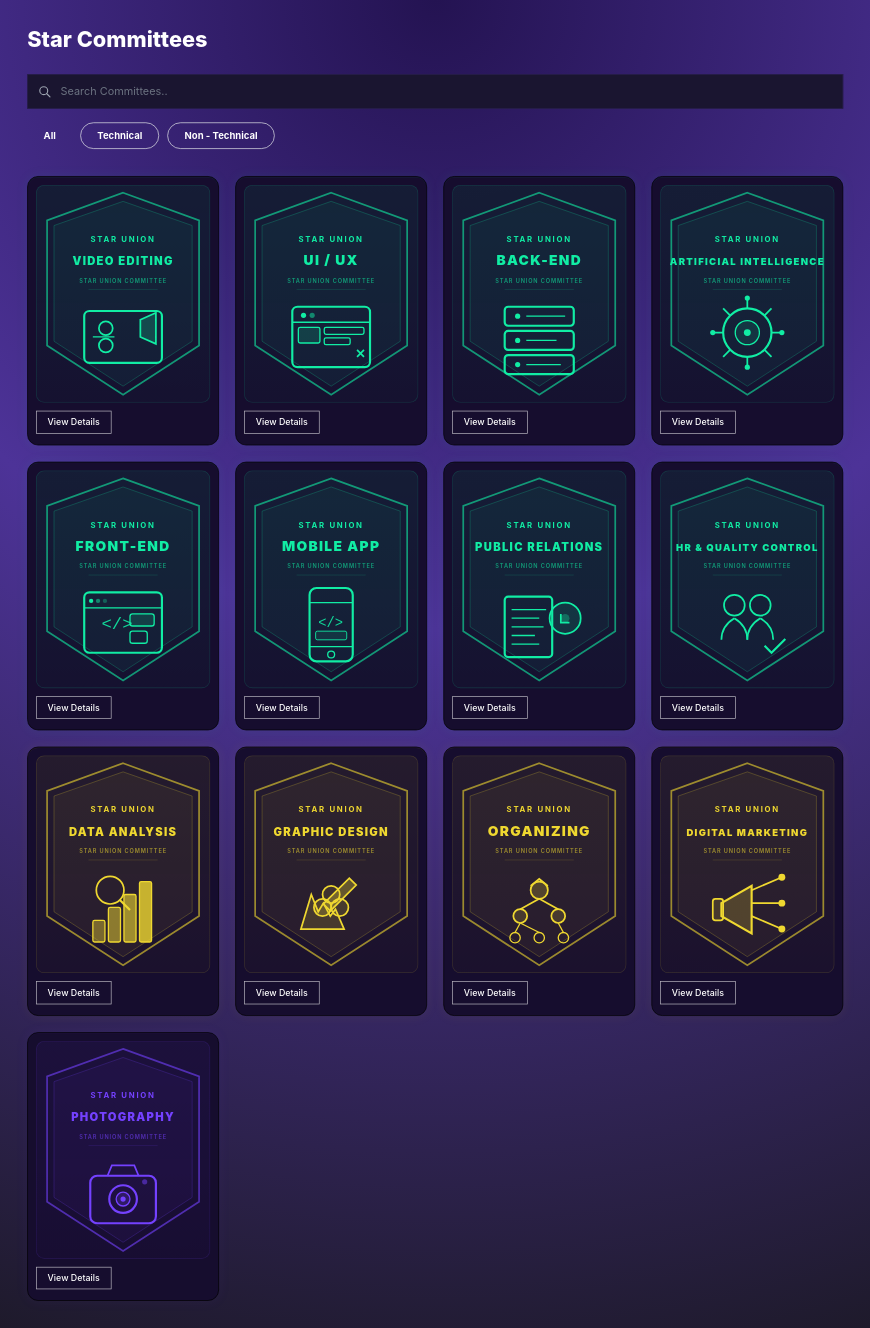
Repository: Frontend-Committee/StarUnion-Website
Page: /committees
The author's editor kept a copy of each file at every save. The page is drawn from the files as they stood at one save, then again after the next save.
The browser window is 1280 px wide. The pictures show the whole page, at 68% of full size.
The project was rebuilt for these pictures with package versions that can differ from the ones it lists, and the page was loaded fresh each time. Also part of the build but not shown: vite.config.js, src/features/committees/pages/CommitteeDetailsPage.jsx, src/components/common/Navbar.jsx, src/components/common/Footer.jsx.

Above is the page before, as saved 2026-02-26 02:48:55.

### index.html
<!doctype html>
<html lang="en">
  <head>
    <meta charset="UTF-8" />
    <meta name="viewport" content="width=device-width, initial-scale=1.0" />
    <title>star-union</title>
  </head>
  <body>
    <div id="root"></div>
    <script type="module" src="/src/main.jsx"></script>
  </body>
</html>

### src/App.jsx
import { BrowserRouter, Route, Routes } from "react-router-dom";
import "./App.css";

import CommitteeDetailsPage from "./features/committees/pages/CommitteeDetailsPage";
import CommitteesPage from "./features/committees/pages/CommitteesPage";
import MainLayout from "./layouts/MainLayout";

function App() {
  return (
    <BrowserRouter>
      <Routes>
        <Route element={<MainLayout />}>
          <Route path="/committees" element={<CommitteesPage />} />
          <Route path="/committees/:slug" element={<CommitteeDetailsPage />} />
          {/* Fallback — redirect to committees for now */}
          <Route path="*" />
        </Route>
      </Routes>
    </BrowserRouter>
  );
}

export default App;

### src/App.css
@tailwind base;
@tailwind components;
@tailwind utilities;

/* Import Inter from Google Fonts */
@import url("https://fonts.googleapis.com/css2?family=Inter:wght@400;500;600;700;800;900&display=swap");

/* Base global styles */
* {
  margin: 0;
  padding: 0;
  box-sizing: border-box;
}

html {
  scroll-behavior: smooth;
}

body {
  font-family:
    "Inter",
    -apple-system,
    BlinkMacSystemFont,
    "Segoe UI",
    Roboto,
    sans-serif;
  -webkit-font-smoothing: antialiased;
  -moz-osx-font-smoothing: grayscale;
}

/* Hide scrollbar utility */
.scrollbar-hide {
  -ms-overflow-style: none;
  scrollbar-width: none;
}
.scrollbar-hide::-webkit-scrollbar {
  display: none;
}

### src/features/committees/pages/CommitteesPage.jsx
import { AnimatePresence, motion as Motion } from "framer-motion";
import { useMemo, useState } from "react";
import ScrollAnimation from "../../../components/ui/ScrollAnimation";
import {
  COMMITTEE_CATEGORIES,
  COMMITTEES_DATA,
} from "../../../utils/constants";
import CommitteeCard from "../components/CommitteeCard";

const FILTER_TABS = [
  { label: "All", value: COMMITTEE_CATEGORIES.ALL },
  { label: "Technical", value: COMMITTEE_CATEGORIES.TECHNICAL },
  { label: "Non - Technical", value: COMMITTEE_CATEGORIES.NON_TECHNICAL },
];

export default function CommitteesPage() {
  const [searchQuery, setSearchQuery] = useState("");
  const [activeFilter, setActiveFilter] = useState(COMMITTEE_CATEGORIES.ALL);

  const filteredCommittees = useMemo(() => {
    return COMMITTEES_DATA.filter((c) => {
      const matchesSearch = c.name
        .toLowerCase()
        .includes(searchQuery.toLowerCase());
      const matchesFilter =
        activeFilter === COMMITTEE_CATEGORIES.ALL || c.type === activeFilter;
      return matchesSearch && matchesFilter;
    });
  }, [searchQuery, activeFilter]);

  return (
    <section className="min-h-screen bg-gradientBg3 py-10 px-4 md:px-8">
      <div className="max-w-[1200px] mx-auto">
        {/* Page Title */}
        <ScrollAnimation variant="fade-down">
          <h1 className="text-h2 text-white font-extrabold mb-8">
            Star Committees
          </h1>
        </ScrollAnimation>

        {/* Search Bar */}
        <ScrollAnimation variant="fade-up" delay={100}>
          <div className="relative mb-5">
            <div className="absolute inset-y-0 left-4 flex items-center pointer-events-none">
              <svg
                className="w-5 h-5 text-gray-400"
                fill="none"
                stroke="currentColor"
                viewBox="0 0 24 24"
              >
                <path
                  strokeLinecap="round"
                  strokeLinejoin="round"
                  strokeWidth={2}
                  d="M21 21l-6-6m2-5a7 7 0 11-14 0 7 7 0 0114 0z"
                />
              </svg>
            </div>
            <input
              id="committee-search"
              type="text"
              placeholder="Search Committees.."
              value={searchQuery}
              onChange={(e) => setSearchQuery(e.target.value)}
              className="w-full bg-[#1a1530] text-white pl-12 pr-4 py-3 rounded-lg border border-[#2a2050] focus:border-primary focus:outline-none placeholder-gray-500 text-body font-normal transition-colors"
            />
          </div>
        </ScrollAnimation>

        {/* Filter Tabs */}
        <ScrollAnimation variant="fade-up" delay={200}>
          <div className="flex gap-3 mb-10">
            {FILTER_TABS.map((tab) => (
              <button
                key={tab.value}
                id={`filter-${tab.value}`}
                onClick={() => setActiveFilter(tab.value)}
                className={`px-6 py-2 rounded-full text-[14px] font-bold transition-all duration-300 ${
                  activeFilter === tab.value
                    ? "bg-primary text-white"
                    : "border  text-white hover:bg-white/10"
                }`}
              >
                {tab.label}
              </button>
            ))}
          </div>
        </ScrollAnimation>

        {/* Committees Grid */}
        <Motion.div
          layout
          className="grid grid-cols-1 sm:grid-cols-2 lg:grid-cols-4 gap-6"
        >
          <AnimatePresence mode="popLayout">
            {filteredCommittees.map((committee, index) => (
              <Motion.div
                key={committee.id}
                layout
                initial={{ opacity: 0, scale: 0.9 }}
                animate={{ opacity: 1, scale: 1 }}
                exit={{ opacity: 0, scale: 0.9 }}
                transition={{ duration: 0.3 }}
              >
                <CommitteeCard
                  committee={committee}
                  delay={(index % 4) * 150}
                />
              </Motion.div>
            ))}
          </AnimatePresence>
        </Motion.div>

        {/* Empty state */}
        {filteredCommittees.length === 0 && (
          <ScrollAnimation variant="fade-up">
            <div className="text-center py-20">
              <p className="text-gray-400 text-h4">No committees found</p>
              <p className="text-gray-500 mt-2 text-body font-normal">
                Try adjusting your search or filter
              </p>
            </div>
          </ScrollAnimation>
        )}
      </div>
    </section>
  );
}

### src/layouts/MainLayout.jsx
import { Outlet } from "react-router-dom";
import Navbar from "../components/common/Navbar";
import Footer from "../components/common/Footer";

export default function MainLayout() {
  return (
    <div className="flex flex-col min-h-screen">
      {/* <Navbar /> */}
      <main className="flex-1">
        <Outlet />
      </main>
      {/* <Footer /> */}
    </div>
  );
}

### src/components/ui/ScrollAnimation.jsx
import { useEffect, useRef, useState } from 'react';

export default function ScrollAnimation({
    children,
    className = '',
    variant = 'fade-up',
    delay = 0,
    style
}) {
    const [isVisible, setIsVisible] = useState(false);
    const ref = useRef(null);

    useEffect(() => {
        const observer = new IntersectionObserver(([entry]) => {
            if (!entry) return;
            if (entry.isIntersecting) {
                setIsVisible(true);
                observer.disconnect();
            }
        }, { threshold: 0.1 });

        if (ref.current) observer.observe(ref.current);
        return () => observer.disconnect();
    }, []);

    const variants = {
        'fade-up': 'translate-y-10',
        'fade-down': '-translate-y-10',
        'fade-left': 'translate-x-10',
        'fade-right': '-translate-x-10',
        'zoom-in': 'scale-95'
    };

    return (
        <div
            ref={ref}
            className={`transition-all duration-700 ease-out ${isVisible
                ? 'opacity-100 transform-none'
                : `opacity-0 ${variants[variant]}`
            } ${className}`}
            style={{ transitionDelay: `${delay}ms`, ...style }}
        >
            {children}
        </div>
    );
}

### src/features/committees/components/CommitteeCard.jsx
import { motion as Motion } from "framer-motion";
import { Link } from "react-router-dom";
import ScrollAnimation from "../../../components/ui/ScrollAnimation";
import { ACCENT_COLORS } from "../../../utils/constants";
import CommitteeBadge from "./CommitteeBadge";

export default function CommitteeCard({ committee, delay = 0 }) {
  const color = ACCENT_COLORS[committee.accent] || ACCENT_COLORS.teal;

  return (
    <ScrollAnimation variant="fade-up" delay={delay} className="h-full">
      <Link to={`/committees/${committee.slug}`} className="block group h-full">
        <Motion.div
          whileHover={{ scale: 1.04, y: -4 }}
          transition={{ type: "spring", stiffness: 300, damping: 20 }}
          className="relative rounded-[16px] overflow-hidden border border-primary/40 bg-[#160d2e] cursor-pointer h-full flex flex-col"
          style={{
            boxShadow: `0 0 20px ${color}10, inset 0 1px 0 ${color}15`,
          }}
        >
          {/* Badge illustration area */}
          <div className="flex-1 p-3 pb-2">
            <div
              className="w-full aspect-[4/5] rounded-xl overflow-hidden flex items-center justify-center relative"
              style={{
                background: `linear-gradient(180deg, ${color}12 0%, ${color}06 100%)`,
                border: `1px solid ${color}25`,
              }}
            >
              <CommitteeBadge
                name={committee.name}
                icon={committee.icon}
                color={color}
              />
            </div>
          </div>

          {/* View Details button */}
          <div className="px-3 pb-4 pt-1">
            <span className="inline-block px-4 py-[6px] text-[13px] text-white border border-white/70 rounded-md font-medium group-hover:bg-white/10 transition-colors duration-200">
              View Details
            </span>
          </div>

          {/* Hover glow effect */}
          <div
            className="absolute inset-0 opacity-0 group-hover:opacity-100 transition-opacity duration-300 pointer-events-none rounded-[16px]"
            style={{
              boxShadow: `0 0 40px ${color}20, 0 0 80px ${color}10`,
            }}
          />
        </Motion.div>
      </Link>
    </ScrollAnimation>
  );
}

Loaded but not shown: src/main.jsx (common file); src/utils/constants.js (185 lines, source omitted); tailwind.config.js (158 lines, source omitted); src/features/committees/components/CommitteeBadge.jsx (604 lines, source omitted)

After the next save:
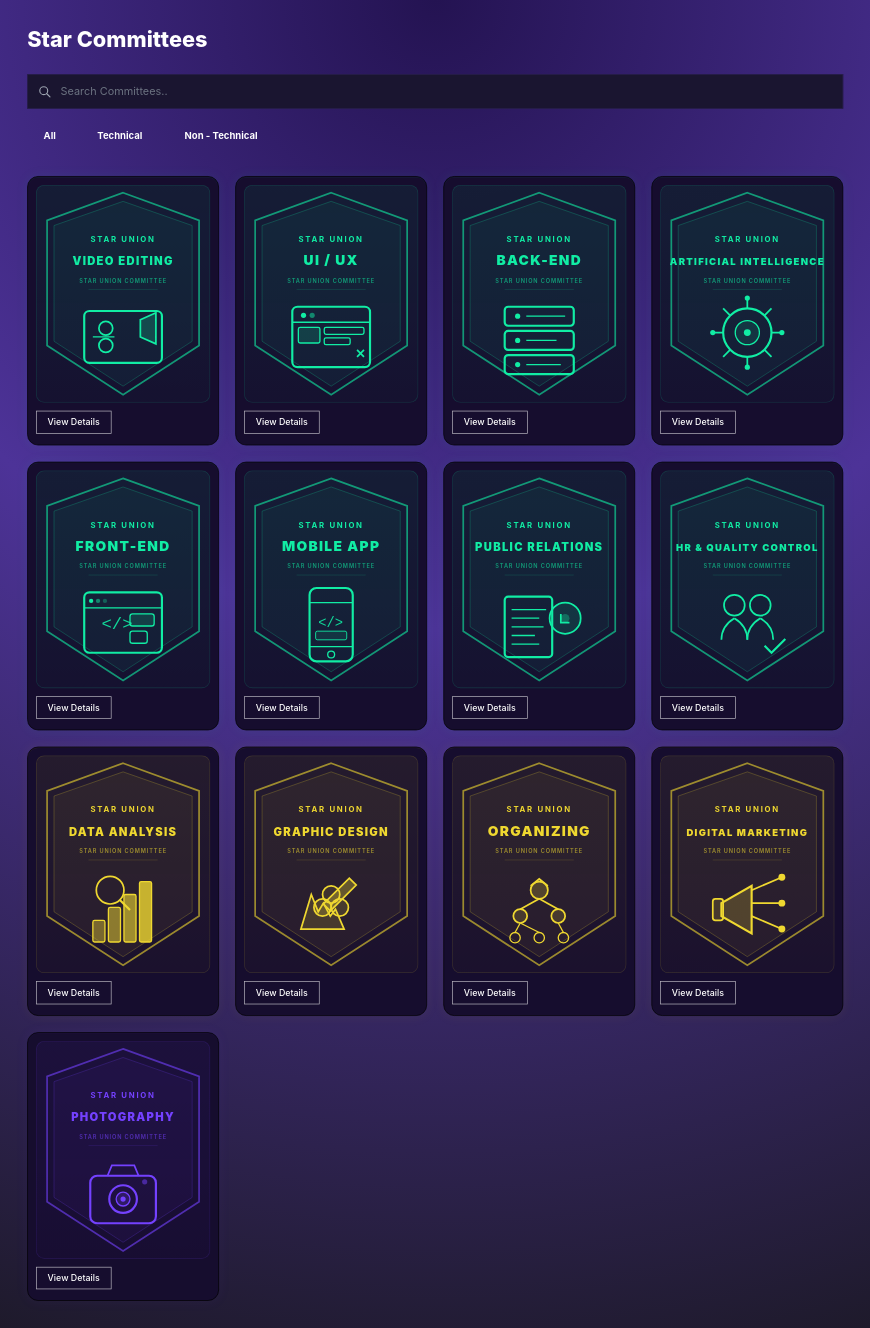
Saved 6 s later.
--- a/src/features/committees/pages/CommitteesPage.jsx
+++ b/src/features/committees/pages/CommitteesPage.jsx
@@ -78,7 +78,7 @@ export default function CommitteesPage() {
                 className={`px-6 py-2 rounded-full text-[14px] font-bold transition-all duration-300 ${
                   activeFilter === tab.value
                     ? "bg-primary text-white"
-                    : "border  text-white hover:bg-white/10"
+                    : "border border-transparent text-white hover:bg-white/10"
                 }`}
               >
                 {tab.label}
